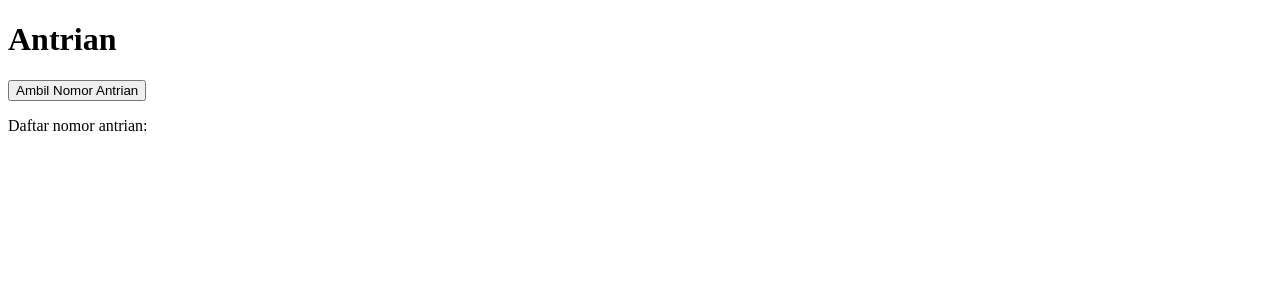
Repository: IwanWinata/AntriApps
Page: Downloads/eclipse-workspace (2)/eclipse-workspace/webAntriApps/AntriApps/src/main/webapp/index.html
An editor plug-in stored every save of this project. The page is shown before and after the next save, followed by the edit.
The browser window is 1280 px wide. The pictures show the whole page.

Above is the page before, as saved 2024-01-14 03:31:07.

After the next save:
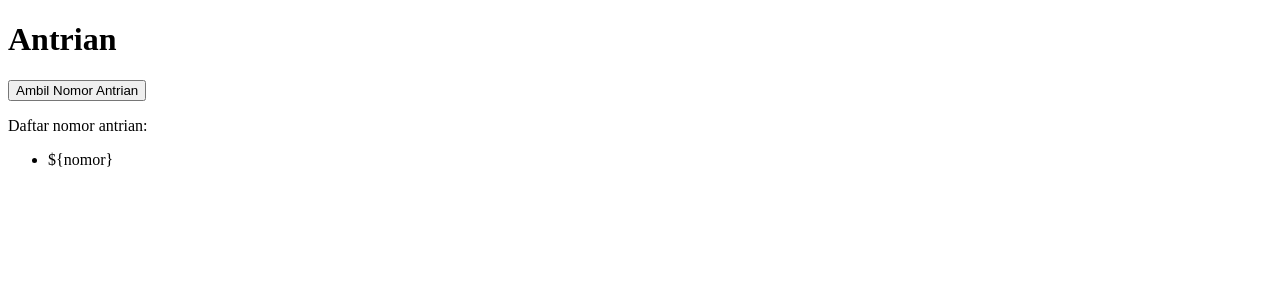
Saved 3 s later.
--- a/Downloads/eclipse-workspace (2)/eclipse-workspace/webAntriApps/AntriApps/src/main/webapp/index.html
+++ b/Downloads/eclipse-workspace (2)/eclipse-workspace/webAntriApps/AntriApps/src/main/webapp/index.html
@@ -7,12 +7,17 @@
 <body>
     <h1>Antrian</h1>
 
-    <form action="index.jsp" method="post">
+    <form action="AntrianServlet" method="post">
         <input type="submit" value="Ambil Nomor Antrian">
     </form>
 
     <p>Daftar nomor antrian:</p>
+
     <ul>
-    </ul>
+    <c:forEach var="nomor" items="${daftarAntrian}">
+        <li>${nomor}</li>
+    </c:forEach>
+</ul>
+
 </body>
 </html>
